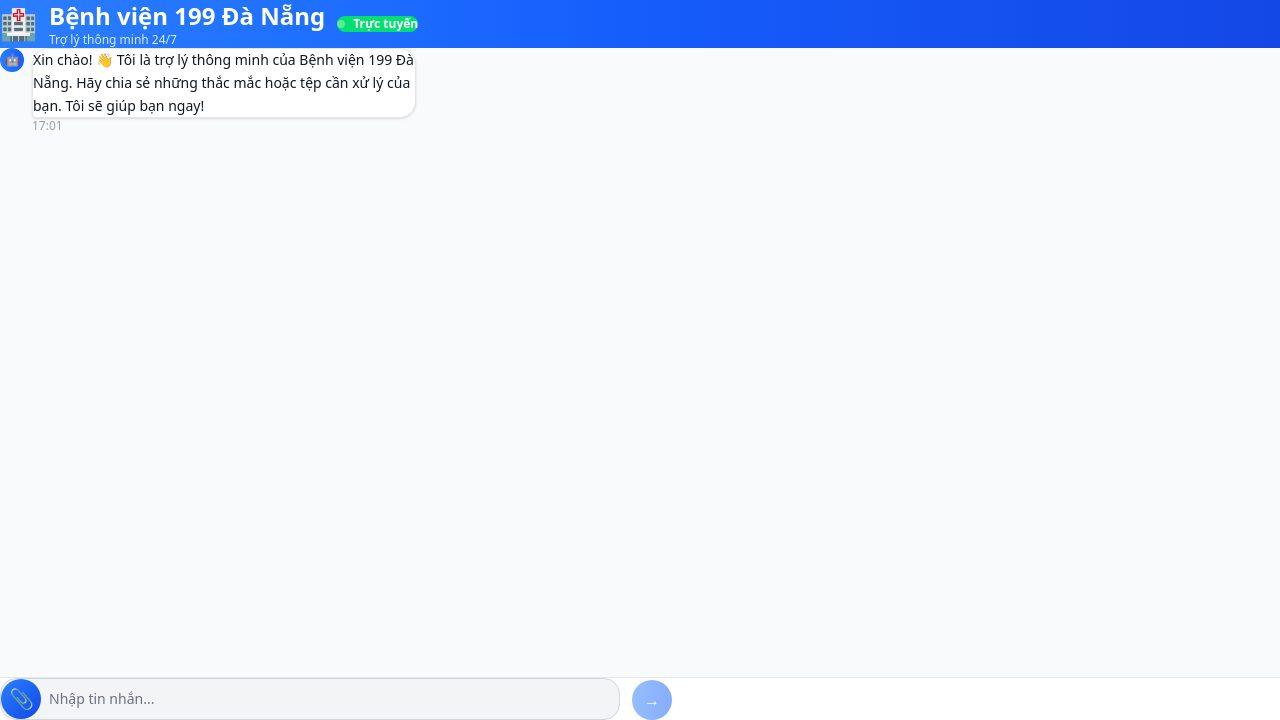
Repository: France2003/B-nh_Vi-n_199
Page: /
The author's editor kept a copy of each file at every save. The page is drawn from the files as they stood at one save, then again after the next save.
The browser window is 1280 px wide. The pictures show the whole page.
The project was rebuilt for these pictures with package versions that can differ from the ones it lists, and the page was loaded fresh each time. Also part of the build but not shown: vite.config.ts, src/App.css, src/components/FilePreview.tsx.

Above is the page before, as saved 2026-01-10 00:15:05.

After the next save:
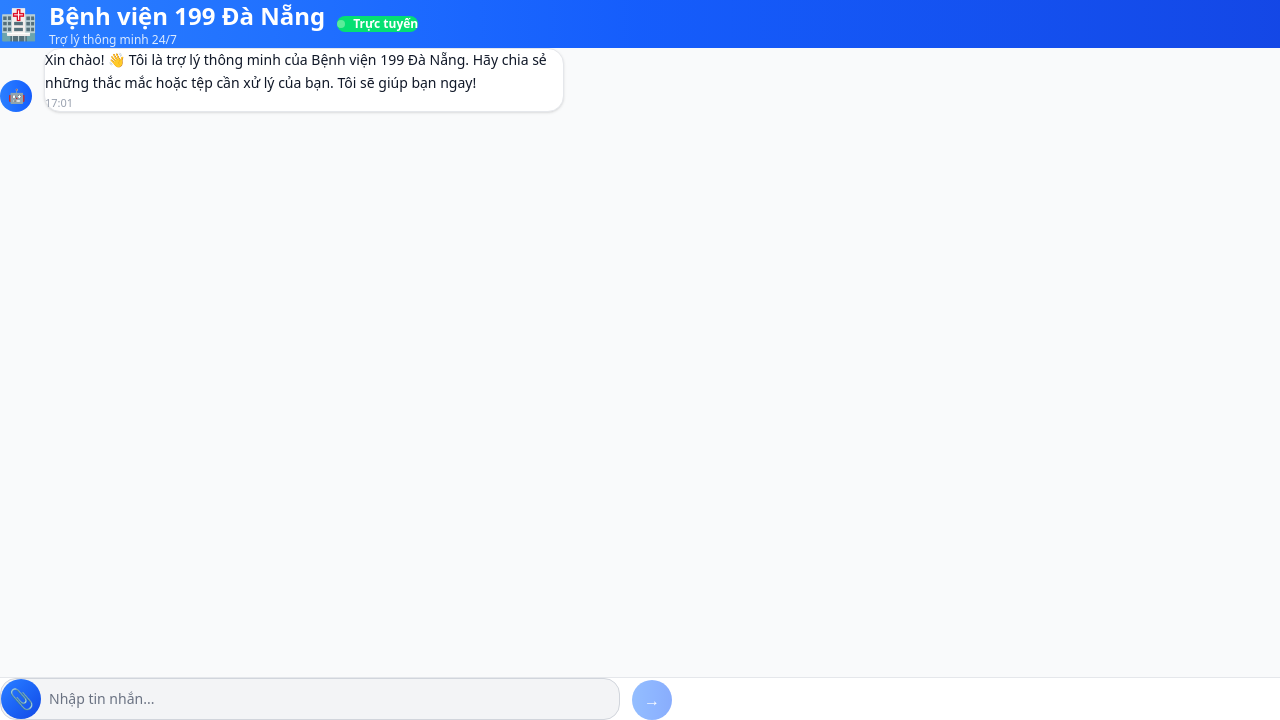
Saved 5 min 22 s later.
--- a/src/components/ChatMessage.tsx
+++ b/src/components/ChatMessage.tsx
@@ -7,48 +7,50 @@
 
 export const ChatMessage: React.FC<ChatMessageProps> = ({ message }) => {
   const isUser = message.type === 'user';
+  return (
+    <div className={`flex ${isUser ? 'justify-end' : 'justify-start'} px-2`}>
+      <div className={`flex items-end gap-3 max-w-full ${isUser ? 'ml-auto' : ''}`}>
+        {!isUser && (
+          <div className="flex-shrink-0 w-8 h-8 rounded-full bg-gradient-to-r from-blue-500 to-blue-600 flex items-center justify-center text-white text-sm">🤖</div>
+        )}
 
-  return (
-    <div className={`flex gap-2 ${isUser ? 'justify-end' : 'justify-start'}`}>
-      {!isUser && <div className="w-6 h-6 rounded-full bg-gradient-to-r from-blue-500 to-blue-600 flex items-center justify-center text-white text-xs font-bold flex-shrink-0">🤖</div>}
+        <div className={`rounded-2xl p-3 break-words shadow-sm ${
+          isUser
+            ? 'bg-gradient-to-br from-blue-500 to-blue-600 text-white rounded-br-2xl rounded-bl-2xl rounded-tl-2xl'
+            : 'bg-white text-gray-900 rounded-bl-2xl rounded-br-2xl border border-gray-200'
+        }`} style={{maxWidth: '520px'}}>
+          <div className="flex flex-col gap-2">
+            <div className="text-sm leading-relaxed whitespace-pre-wrap">{message.content}</div>
 
-      <div className={`flex flex-col ${isUser ? 'items-end' : 'items-start'}`}>
-        <div className={`max-w-xs md:max-w-sm px-4 py-3 rounded-2xl break-words ${
-          isUser
-            ? 'bg-gradient-to-br from-blue-500 to-blue-600 text-white rounded-br-sm'
-            : 'bg-white text-gray-900 rounded-bl-sm border border-gray-200 shadow-sm'
-        }`}>
-          <p className="text-sm leading-relaxed">{message.content}</p>
+            {message.files && message.files.length > 0 && (
+              <div className="mt-2 grid grid-cols-1 sm:grid-cols-2 gap-2">
+                {message.files.map((file) => (
+                  <div key={file.id} className="flex items-start gap-2">
+                    {file.type === 'image' && file.preview ? (
+                      <img src={file.preview} alt={file.name} className="w-20 h-20 object-cover rounded-md" />
+                    ) : (
+                      <div className="w-20 h-20 flex items-center justify-center rounded-md bg-gray-100">
+                        <span className="text-2xl">📄</span>
+                      </div>
+                    )}
+                    <div className="flex-1 min-w-0">
+                      <p className="text-xs font-medium truncate">{file.name}</p>
+                      {file.description && <p className="text-xs text-gray-500 mt-1 truncate">{file.description}</p>}
+                    </div>
+                  </div>
+                ))}
+              </div>
+            )}
+          </div>
 
-          {message.files && message.files.length > 0 && (
-            <div className="flex flex-wrap gap-2 mt-2">
-              {message.files.map((file) => (
-                <div key={file.id} className="relative group">
-                  {file.type === 'image' && file.preview ? (
-                    <img src={file.preview} alt={file.name} className="w-24 h-24 object-cover rounded-lg" />
-                  ) : (
-                    <div className={`w-20 h-20 flex items-center justify-center rounded-lg ${
-                      isUser ? 'bg-white bg-opacity-20' : 'bg-gray-100'
-                    }`}>
-                      <span className="text-2xl">📄</span>
-                    </div>
-                  )}
-                  {file.description && (
-                    <p className={`text-xs mt-1 max-w-xs ${isUser ? 'text-blue-100' : 'text-gray-600'}`}>{file.description}</p>
-                  )}
-                </div>
-              ))}
-            </div>
-          )}
+          <div className={`text-[11px] mt-2 ${isUser ? 'text-white/80 text-right' : 'text-gray-400 text-left'}`}>
+            {message.timestamp.toLocaleTimeString('vi-VN', { hour: '2-digit', minute: '2-digit' })}
+          </div>
         </div>
-        <p className={`text-xs mt-1 px-2 ${
-          isUser ? 'text-gray-500' : 'text-gray-400'
-        }`}>
-          {message.timestamp.toLocaleTimeString('vi-VN', {
-            hour: '2-digit',
-            minute: '2-digit',
-          })}
-        </p>
+
+        {isUser && (
+          <div className="flex-shrink-0 w-8 h-8 rounded-full bg-white flex items-center justify-center text-blue-600 text-sm shadow-sm">Bạn</div>
+        )}
       </div>
     </div>
   );
